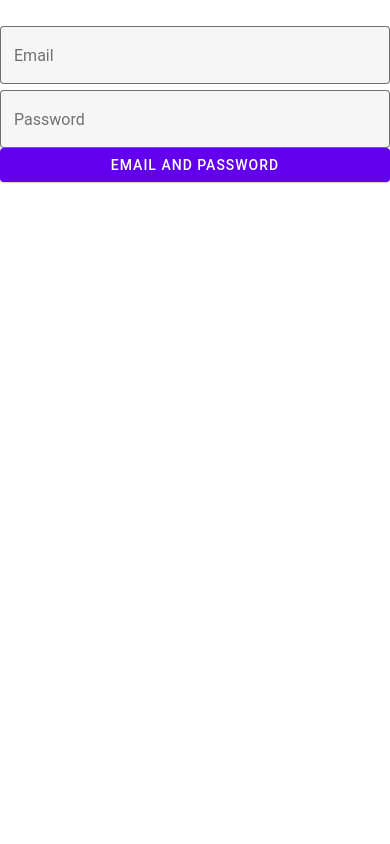
Repository: pascalgrim/GymTracker
Screen: /
An editor plug-in stored every save of this project. The screen is shown before and after a run of saves, followed by the edit.
The app was drawn by React Native's web renderer in a window 390 px wide. The project was rebuilt for these pictures with package versions that can differ from the ones it lists, and the page was loaded fresh each time. Also part of the build but not shown: components/menuCard.js, components/Dashboard.js, firebase.js, context/AuthContext.js.

Above is the screen before, as saved 2021-11-05 19:55:11.

After the next 3 saves:
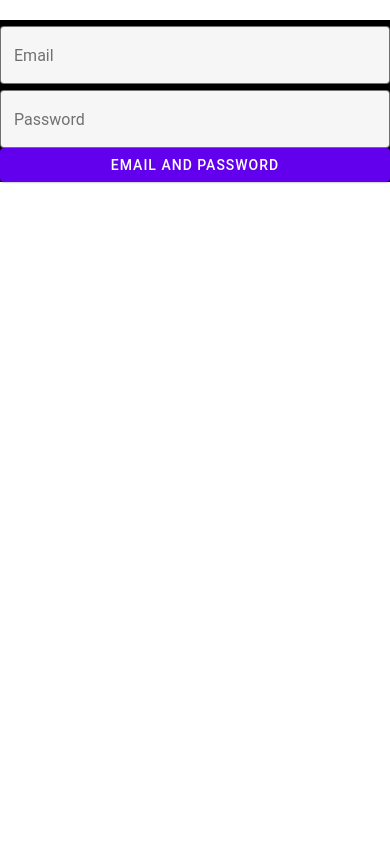
The 3 saves are shown as one change because they came seconds apart.
The last was saved 13 s later.
--- a/components/Signup.js
+++ b/components/Signup.js
@@ -52,6 +52,7 @@ const styles = StyleSheet.create({
     container: {
         display:'flex',
         marginTop:20,
+        backgroundColor:"black",
 
     },
   });
